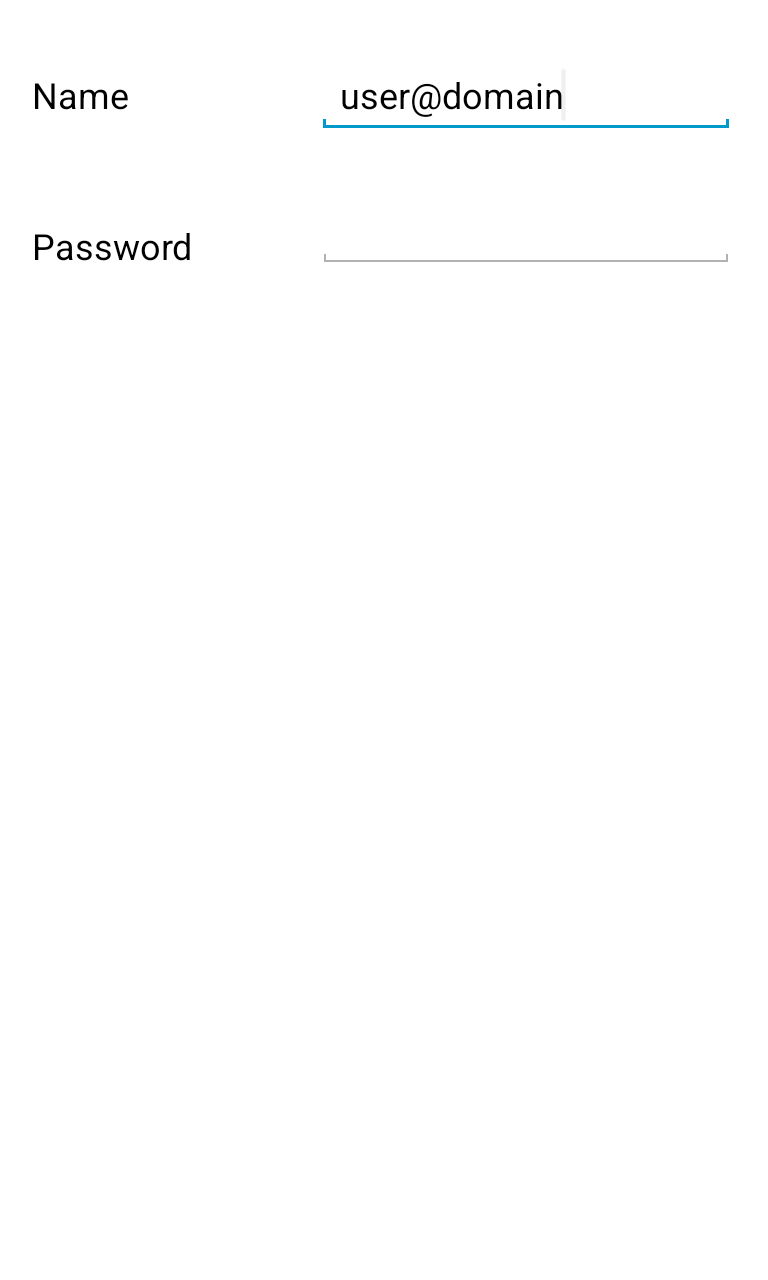
Repository: srikraj8341/srikanthrepo
Layout: android/MyFirstApp/res/layout/activity_main.xml
The author's editor kept a copy of each file at every save. The layout is drawn from the files as they stood at one save, then again after the next save.
It is drawn on a 768 x 1280 px phone screen (xhdpi) without system bars, with theme AppTheme; the app's code is not run.

Above is the layout before, as saved 2012-09-22 06:42:38.

After the next save:
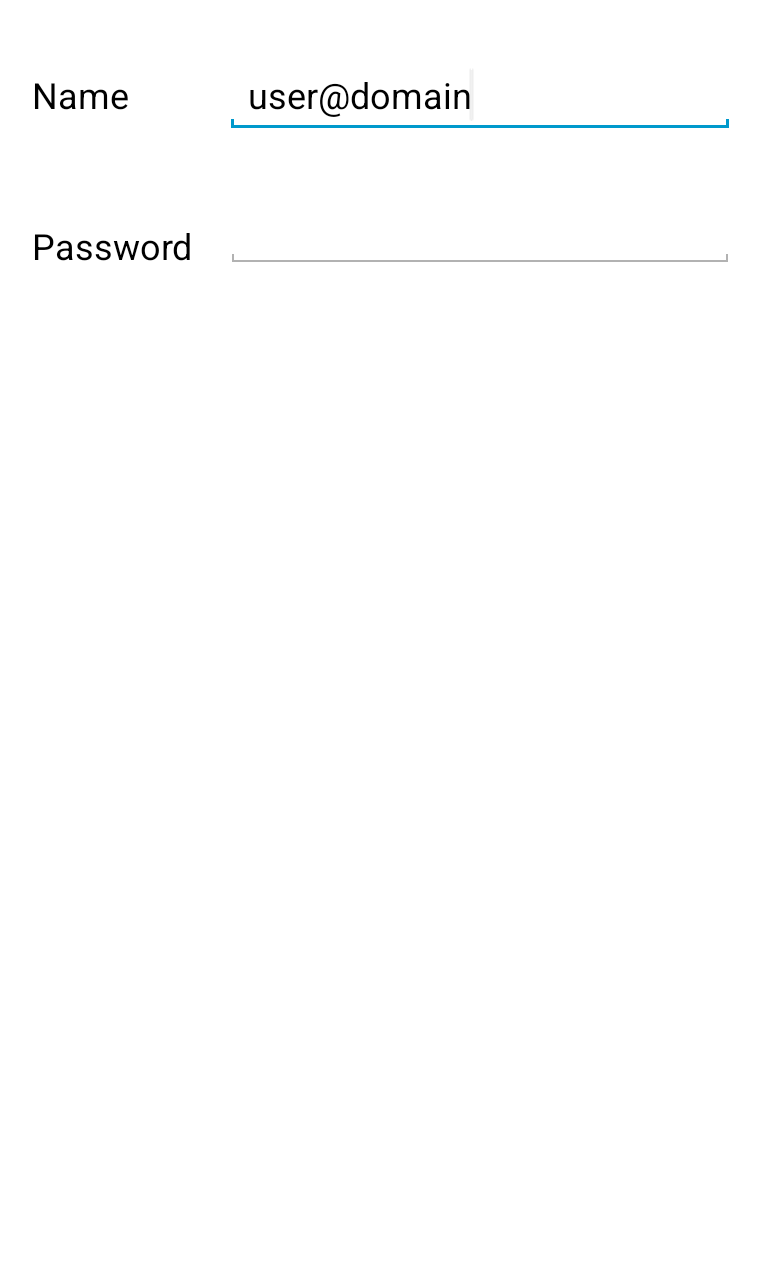
Saved 18 s later.
--- a/android/MyFirstApp/res/layout/activity_main.xml
+++ b/android/MyFirstApp/res/layout/activity_main.xml
@@ -14,7 +14,6 @@
         android:text="@string/User_name"
         android:textAppearance="?android:attr/textAppearanceMedium" />
 
-
     <EditText
         android:id="@+id/editText1"
         android:layout_width="wrap_content"
@@ -22,6 +21,7 @@
         android:layout_alignBaseline="@+id/textView3"
         android:layout_alignBottom="@+id/textView3"
         android:layout_alignParentRight="true"
+        android:layout_toRightOf="@+id/textView3"
         android:ems="10"
         android:inputType="textEmailAddress"
         android:text="@string/textEmailAddress" >
@@ -36,6 +36,7 @@
         android:layout_alignRight="@+id/editText1"
         android:layout_below="@+id/editText1"
         android:layout_marginTop="28dp"
+        android:layout_toRightOf="@+id/textView3"
         android:ems="10"
         android:inputType="textPassword"
         android:text="" />
